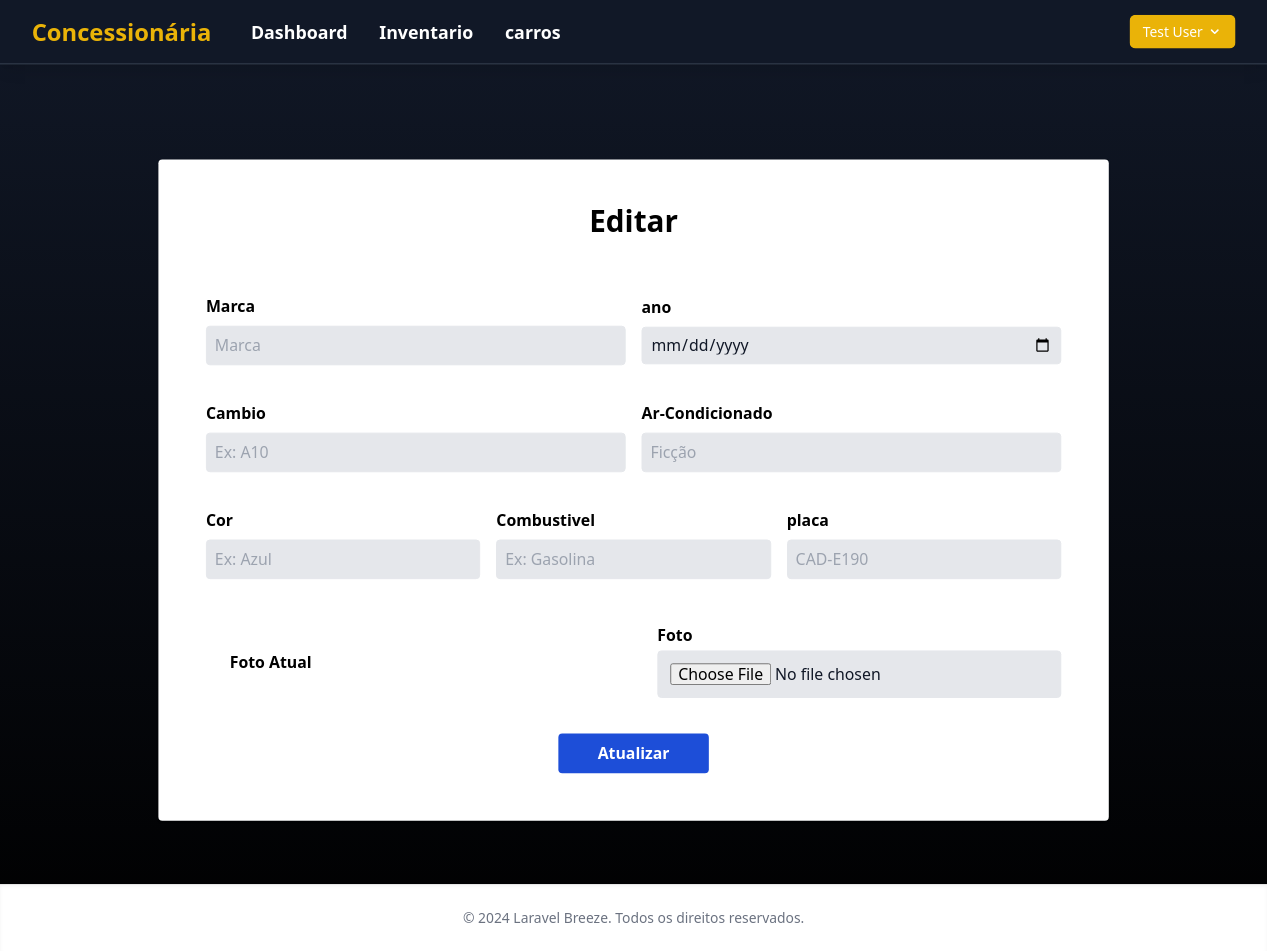
Repository: CarlosEduFF/Projeto-Concession-ria
Page: resources/views/editar.blade.php
The author's editor kept a copy of each file at every save. The page is drawn from the files as they stood at one save, then again after the next save.
The browser window is 1280 px wide. The pictures show the whole page, at 99% of full size.
Some web libraries are served in a nearby version. The page is served by the project's Laravel application, run on PHP 8.4 with Laravel 9. A made-up administrator, Test User (test@example.com), is signed in. Other server files are loaded and not shown. The template is opened directly, without the code that normally fills it, so the values that code supplies are empty.

Above is the page before, as saved 2024-09-10 17:11:35.

### routes/web.php
<?php

use App\Http\Controllers\ProfileController;
use Illuminate\Support\Facades\Route;
use App\Http\Controllers\CarroController;

Route::get('/', function () {
    return view('welcome');
});

Route::get('/dashboard', function () {
    return view('dashboard');
})->middleware(['auth', 'verified'])->name('dashboard');

Route::middleware('auth')->group(function () {
    Route::get('/profile', [ProfileController::class, 'edit'])->name('profile.edit');
    Route::patch('/profile', [ProfileController::class, 'update'])->name('profile.update');
    Route::delete('/profile', [ProfileController::class, 'destroy'])->name('profile.destroy');
});

Route::post('/createcarro', [CarroController::class, 'create']);
Route::get('/excluir/{id}', [CarroController::class, 'excluir']);
Route::get('/dashboard', [CarroController::class, 'dashboard'])->middleware(['auth', 'verified'])->name('dashboard');
require __DIR__.'/auth.php';


Route::get('/atualizar', function () {
    return view('atualizacao');
});

Route::post("/atualizar/{id}", [CarroController::class, 'atualizar']);
Route::get("/editar/{id}",[CarroController::class, 'editar'])->name('Editar.carro');

### resources/views/editar.blade.php
<!DOCTYPE html>
<html lang="en">
<head>
    <meta charset="UTF-8">
    <meta name="viewport" content="width=device-width, initial-scale=1.0">
    <link rel="stylesheet" href="https://cdn.jsdelivr.net/npm/tailwindcss@2.2.19/dist/tailwind.min.css">
    <script src="https://unpkg.com/flowbite@1.5.0/dist/flowbite.js"></script>
    <script src="https://cdn.tailwindcss.com"></script>
    <title>Editar Carro</title>
</head>
<body  class="bg-gradient-to-b from-gray-900 to-black min-h-screen flex flex-col">

<nav x-data="{ open: false }" class="bg-gray-900 text-white shadow-lg border-b border-gray-700">
    <!-- Primary Navigation Menu -->
    <div class="max-w-7xl mx-auto px-4 sm:px-6 lg:px-8">
        <div class="flex justify-between h-16">
            <div class="flex">
                <!-- Logo -->
                <div class="shrink-0 flex items-center">
                    <a href="{{ route('dashboard') }}">
                    <a href="#" class="text-2xl font-bold text-yellow-500">Concessionária</a>
                    </a>
                </div>

                <!-- Navigation Links -->
                <div class="hidden space-x-8 sm:-my-px sm:ml-10 items-center sm:flex">
                    <a href="{{ route('dashboard') }}" class="text-lg font-semibold text-white hover:text-yellow-400">
                        {{ __('Dashboard') }}
                    </a>
                    <a  class="text-lg font-semibold text-white hover:text-yellow-400">
                        Inventario
                    </a>
                    <a href="" class="text-lg font-semibold text-white hover:text-yellow-400">
                        carros
                    </a>
                </div>
            </div>

            <!-- Settings Dropdown -->
            <div class="hidden sm:flex sm:items-center sm:ml-6">
                <x-dropdown align="right" width="48">
                    <x-slot name="trigger">
                        <button class="inline-flex items-center px-3 py-2 border border-transparent text-sm leading-4 font-medium rounded-md bg-yellow-500 text-white hover:bg-yellow-600 focus:outline-none transition ease-in-out duration-150">
                            <div>{{ Auth::user()->name }}</div>
                            <div class="ml-1">
                                <svg class="fill-current h-4 w-4" xmlns="http://www.w3.org/2000/svg" viewBox="0 0 20 20">
                                    <path fill-rule="evenodd" d="M5.293 7.293a1 1 0 011.414 0L10 10.586l3.293-3.293a1 1 0 111.414 1.414l-4 4a1 1 0 01-1.414 0l-4-4a1 1 0 010-1.414z" clip-rule="evenodd" />
                                </svg>
                            </div>
                        </button>
                    </x-slot>

                    <x-slot name="content">
                        <x-dropdown-link :href="route('profile.edit')">
                            {{ __('Profile') }}
                        </x-dropdown-link>

                        <!-- Authentication -->
                        <form method="POST" action="{{ route('logout') }}">
                            @csrf
                            <x-dropdown-link :href="route('logout')"
                                    onclick="event.preventDefault();
                                                this.closest('form').submit();">
                                {{ __('Log Out') }}
                            </x-dropdown-link>
                        </form>
                    </x-slot>
                </x-dropdown>
            </div>

            <!-- Hamburger -->
            <div class="-mr-2 flex items-center sm:hidden">
                <button @click="open = ! open" class="inline-flex items-center justify-center p-2 rounded-md text-yellow-500 hover:text-yellow-400 hover:bg-gray-800 focus:outline-none focus:bg-gray-800 focus:text-yellow-400 transition duration-150 ease-in-out">
                    <svg class="h-6 w-6" stroke="currentColor" fill="none" viewBox="0 0 24 24">
                        <path :class="{'hidden': open, 'inline-flex': ! open }" class="inline-flex" stroke-linecap="round" stroke-linejoin="round" stroke-width="2" d="M4 6h16M4 12h16M4 18h16" />
                        <path :class="{'hidden': ! open, 'inline-flex': open }" class="hidden" stroke-linecap="round" stroke-linejoin="round" stroke-width="2" d="M6 18L18 6M6 6l12 12" />
                    </svg>
                </button>
            </div>
        </div>
    </div>

    <!-- Responsive Navigation Menu -->
    <div :class="{'block': open, 'hidden': ! open}" class="hidden sm:hidden">
        <div class="pt-2 pb-3 space-y-1">
            <a href="{{ route('dashboard') }}" class="block text-base font-semibold text-yellow-500 hover:bg-gray-800 hover:text-yellow-400">
                {{ __('Dashboard') }}
            </a>
            <a href="" class="block text-base font-semibold text-yellow-500 hover:bg-gray-800 hover:text-yellow-400">
                Inventario
            </a>
        </div>

        <!-- Responsive Settings Options -->
        <div class="pt-4 pb-1 border-t border-gray-700">
            <div class="px-4">
                <div class="font-medium text-base text-white">{{ Auth::user()->name }}</div>
                <div class="font-medium text-sm text-gray-400">{{ Auth::user()->email }}</div>
            </div>

            <div class="mt-3 space-y-1">
                <a href="{{ route('profile.edit') }}" class="block px-4 py-2 text-base font-semibold text-yellow-500 hover:bg-gray-800 hover:text-yellow-400">
                    {{ __('Profile') }}
                </a>

                <!-- Authentication -->
                <form method="POST" action="{{ route('logout') }}">
                    @csrf
                    <a href="{{ route('logout') }}"
                       onclick="event.preventDefault(); this.closest('form').submit();"
                       class="block px-4 py-2 text-base font-semibold text-yellow-500 hover:bg-gray-800 hover:text-yellow-400">
                        {{ __('Log Out') }}
                    </a>
                </form>
            </div>
        </div>
    </div>
</nav>
<!-- FINAL DO Navbar-->

        <div class="w-full">
    <div class="h-96"></div>
    <div class="max-w-5xl mx-auto px-6 sm:px-6 lg:px-8 mb-12">
    <div class="bg-white w-full shadow rounded p-8 sm:p-12 -mt-72">
        <p class="text-3xl font-bold leading-7 text-center">Editar</p>
        <form method="POST" action="/atualizar/{{$carro->id}}" enctype="multipart/form-data">
            @csrf
            <!-- Primeira linha de inputs -->
            <div class="md:flex items-center mt-12">
                <div class="w-full md:w-1/2 flex flex-col mt-4">
                    <label class="font-semibold leading-none">Marca</label>
                    <input type="text"  name="titulo" placeholder="Marca" class="leading-none text-gray-900 p-2 focus:outline-none focus:border-blue-700 mt-3 bg-gray-200 border rounded border-gray-200" />
                </div>
                <div class="w-full md:w-1/2 flex flex-col mt-4 md:ml-4">
                    <label class="font-semibold leading-none">ano</label>
                    <input type="date" name="ano"  placeholder="Ex: 2024/05/10" class="leading-none text-gray-900 p-2 focus:outline-none focus:border-blue-700 mt-3 bg-gray-200 border rounded border-gray-200" />
                </div>
            </div>

            <!-- Segunda linha de inputs -->
            <div class="md:flex items-center mt-6">
                <div class="w-full md:w-1/2 flex flex-col mt-4">
                    <label class="font-semibold leading-none">Cambio</label>
                    <input type="text" name="cambio"  placeholder="Ex: A10" class="leading-none text-gray-900 p-2 focus:outline-none focus:border-blue-700 mt-3 bg-gray-200 border rounded border-gray-200" />
                </div>
                <div class="w-full md:w-1/2 flex flex-col mt-4 md:ml-4">
                    <label class="font-semibold leading-none">Ar-Condicionado</label>
                    <input type="text" name="Ar-con"  placeholder="Ficção" class="leading-none text-gray-900 p-2 focus:outline-none focus:border-blue-700 mt-3 bg-gray-200 border rounded border-gray-200" />
                </div>
            </div>

            <!-- Terceira linha de inputs -->
            <div class="md:flex items-center mt-6">
                <div class="w-full md:w-1/3 flex flex-col mt-4">
                    <label class="font-semibold leading-none">Cor</label>
                    <input type="text" name="pontuacao"  placeholder="Ex: Azul" class="leading-none text-gray-900 p-2 focus:outline-none focus:border-blue-700 mt-3 bg-gray-200 border rounded border-gray-200" />
                </div>
                 <!-- quarta linha de inputs -->
                <div class="w-full md:w-1/3 flex flex-col mt-4 md:ml-4">
                    <label class="font-semibold leading-none">Combustivel</label>
                    <input type="text" name="combustivel"  placeholder="Ex: Gasolina" class="leading-none text-gray-900 p-2 focus:outline-none focus:border-blue-700 mt-3 bg-gray-200 border rounded border-gray-200" />
                </div>
                 <!-- Quinta linha de inputs -->
                <div class="w-full md:w-1/3 flex flex-col mt-4 md:ml-4">
                    <label class="font-semibold leading-none">placa</label>
                    <input type="text" name="empresa"  placeholder="CAD-E190" class="leading-none text-gray-900 p-2 focus:outline-none focus:border-blue-700 mt-3 bg-gray-200 border rounded border-gray-200" />
                </div>
            </div>
               <!-- TSexta linha de inputs -->
            <div class="md:flex items-center mt-12">
                        <div class="w-full flex md:w-1/2 flex-col md:ml-6 md:mt-0 mt-4">
                            <label class="font-semibold leading-none">Foto Atual</label>
                          @if($carro->capa)
                           <img src="{{asset('storage/' . $carro->foto)}}" alt="capa anterior " class="leading-none text-gray-900 p-2 focus:outline-none focus:border-blue-700 mt-2 bg-gray-200 border rounded border-gray-200 size-3/5">
                           @endif
                    </div>
                    <div class="w-full md:w-1/2 flex flex-col md:ml-6 md:mt-0 mt-4">
                        <label class="font-semibold leading-none">Foto</label>
                        <input type="file" name="capa" value="{{$carro->foto}}"  class="leading-none text-gray-900 p-3 focus:outline-none focus:border-blue-700 mt-2 bg-gray-200 border rounded border-gray-200"/>
                    </div>
                </div>

            <!-- Botão de enviar -->
            <div class="flex items-center justify-center w-full mt-9">
                <button type="submit" class="font-semibold leading-none text-white py-3 px-10 bg-blue-700 rounded hover:bg-blue-600 focus:ring-2 focus:ring-offset-2 focus:ring-blue-700 focus:outline-none">
                    Atualizar
                </button>
            </div>
        </form>
    </div>
</div>

 <!-- Footer -->
 <footer class="mt-16 p-6 bg-white dark:bg-zinc-800 shadow-inner">
        <div class="text-center text-sm text-gray-500 dark:text-gray-400">
            © 2024 Laravel Breeze. Todos os direitos reservados.
        </div>
    </footer>

</body>
</html>

Loaded but not shown: routes/auth.php (common file); app/Http/Controllers/Auth/EmailVerificationPromptController.php (common file); app/Http/Controllers/Controller.php (common file); app/Http/Controllers/Auth/VerifyEmailController.php (common file); app/Models/User.php (common file); resources/views/components/dropdown-link.blade.php (common file); resources/views/components/dropdown.blade.php (common file)

After the next save:
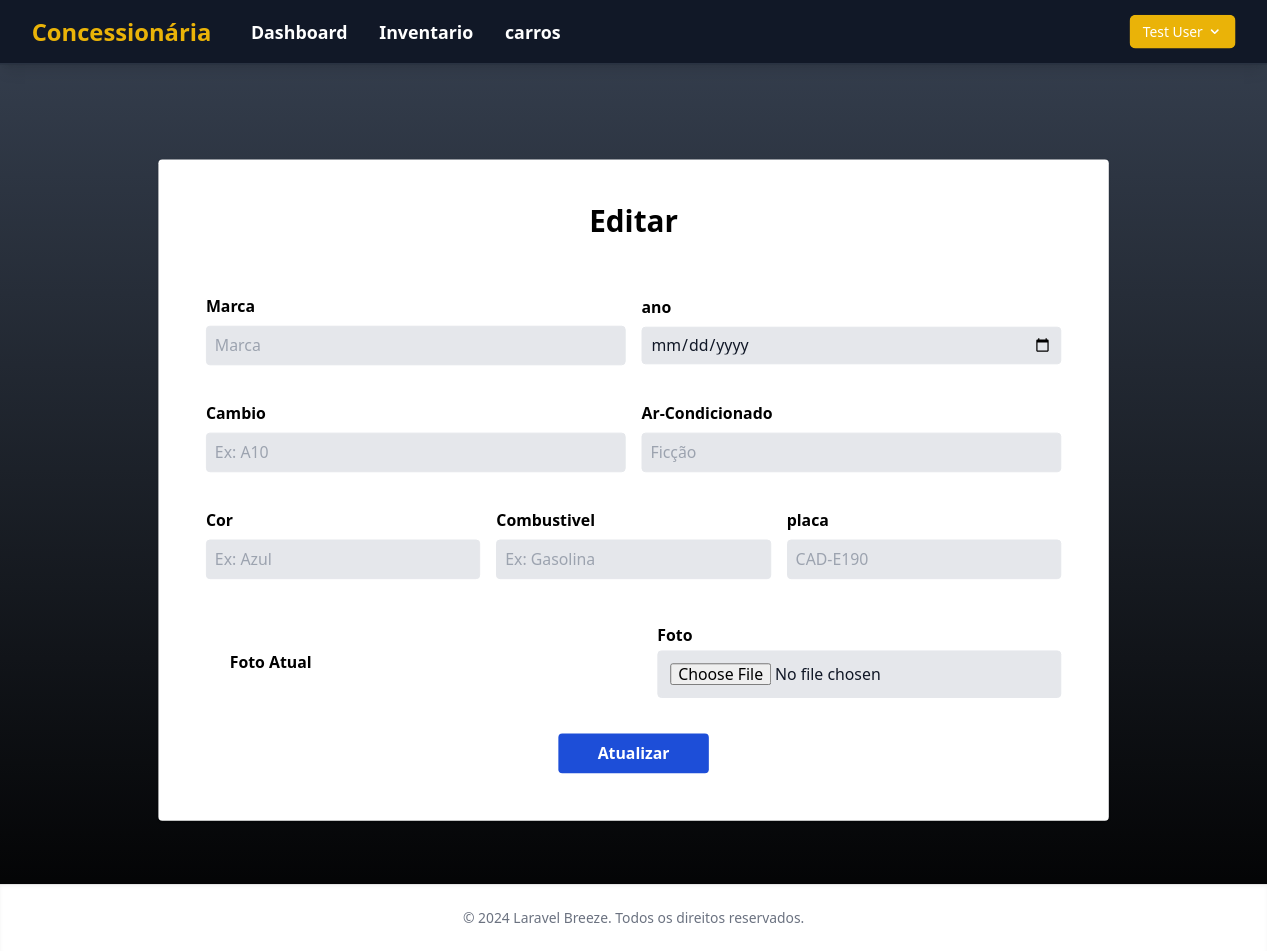
Saved 11 s later.
--- a/resources/views/editar.blade.php
+++ b/resources/views/editar.blade.php
@@ -8,7 +8,7 @@
     <script src="https://cdn.tailwindcss.com"></script>
     <title>Editar Carro</title>
 </head>
-<body  class="bg-gradient-to-b from-gray-900 to-black min-h-screen flex flex-col">
+<body  class="bg-gradient-to-b from-gray-700 to-black min-h-screen flex flex-col">
 
 <nav x-data="{ open: false }" class="bg-gray-900 text-white shadow-lg border-b border-gray-700">
     <!-- Primary Navigation Menu -->
